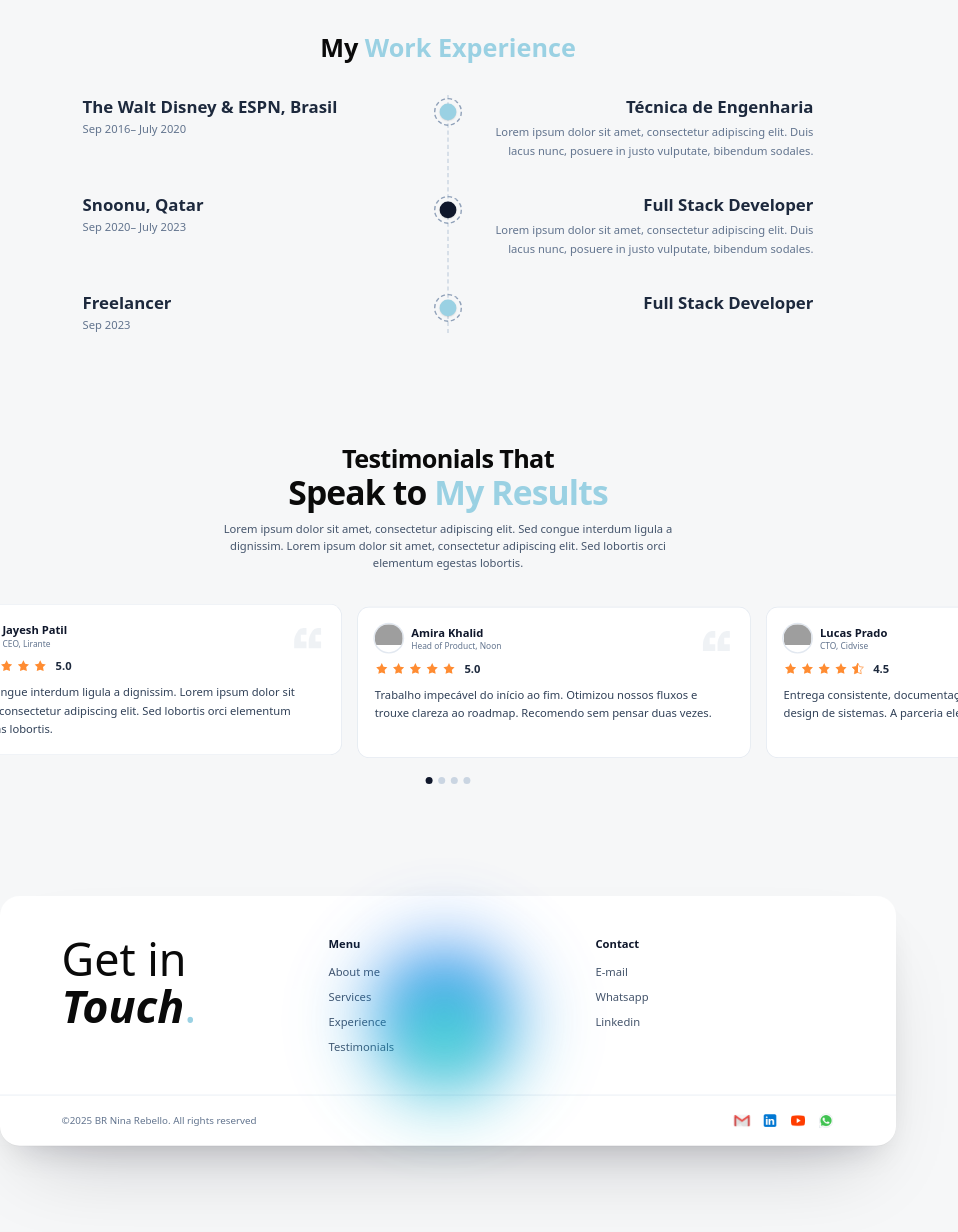
Repository: nina-rebello/portfolio
Page: /
The author's editor kept a copy of each file at every save. The page is drawn from the files as they stood at one save, then again after the next save.
The browser window is 1280 px wide. The page is 1368 px wide, so the pictures cover 1368 px, including what lies to the right of the window. The pictures show the part of the page from y = 2137 to 3897 px (the page is 3897 px tall before and 3774 px after), at 70% of full size.
Pictures or frames that could not be fetched are drawn as grey boxes. The project was rebuilt for these pictures with package versions that can differ from the ones it lists, and the page was loaded fresh each time. Some packages were replaced by stand-ins written for this rebuild. The framework's server and built-in components were replaced by stand-ins that run in the browser. Also part of the build but not shown: next.config.ts.

Above is the page before, as saved 2025-09-11 19:26:26.

After the next save:
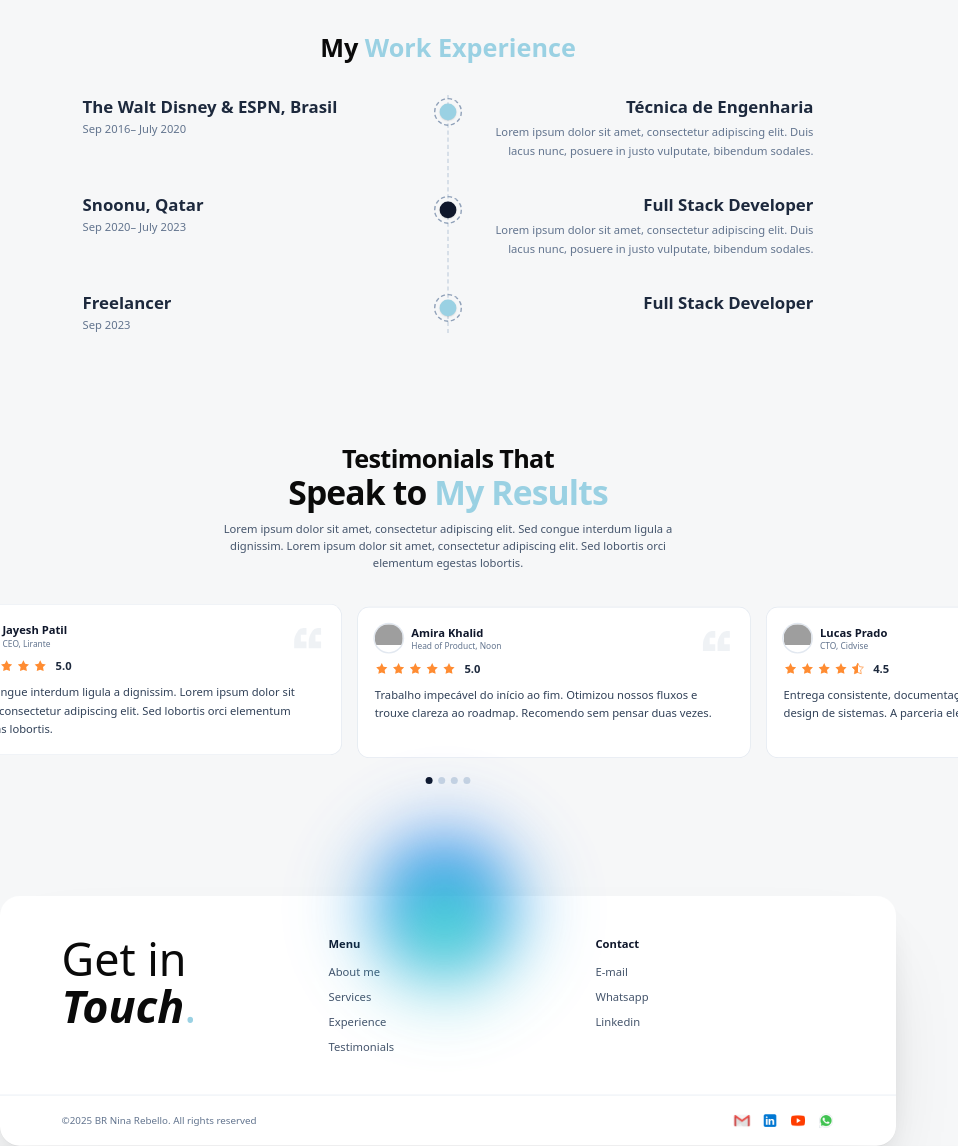
Saved 4 s later.
--- a/components/footer/Footer.tsx
+++ b/components/footer/Footer.tsx
@@ -6,7 +6,7 @@ export default function Footer() {
   return (
     <footer className="relative mt-20">
     {/* Gradiente central acima */}
-    <div className="pointer-events-none absolute inset-x-0 z-0  -top-30 left-1/2 -translate-x-1/2  w-[600px] h-[600px]">
+    <div className="pointer-events-none absolute inset-x-0 z-0  -top-70 left-1/2 -translate-x-1/2  w-[600px] h-[600px]">
         <img
         src="/gradients/blur-gradient.png"
         alt=""
